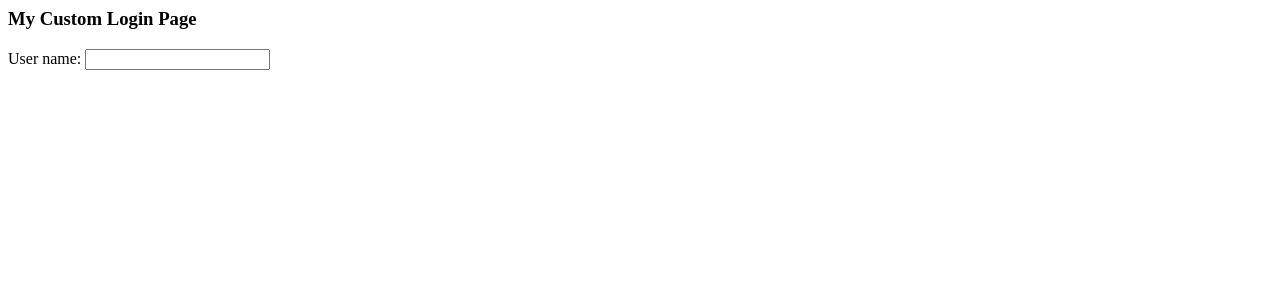
Repository: MOURAD1997-ctrl/dev-security
Page: http://localhost/spring-security-demo-03-custom-login-form/showMyLoginPage
These files come from the project's save history. The page is drawn as it stood at one moment and after the next save; the edit follows.
The browser window is 1280 px wide. The pictures show the whole page.
The page is served by Tomcat 9. Other server files are loaded and not shown.

Above is the page before, as saved 2020-06-05 11:53:56.

### spring-security-demo-03-custom-login-form/src/main/webapp/WEB-INF/view/plain-login.jsp
<%@ taglib prefix="form" uri="http://www.springframework.org/tags/form" %>
<html>

<head>
    <title>Custom Login Page</title>
</head>

<body>
<h3>My Custom Login Page</h3>

      <form:form action="${pageContext.request.contextPath}/authenticateTheUser"
                 method="POST">

            <p>
                 User name: <input type="text" name="username" />
            </p>

      </form:form>


</body>

</html>

After the next save:
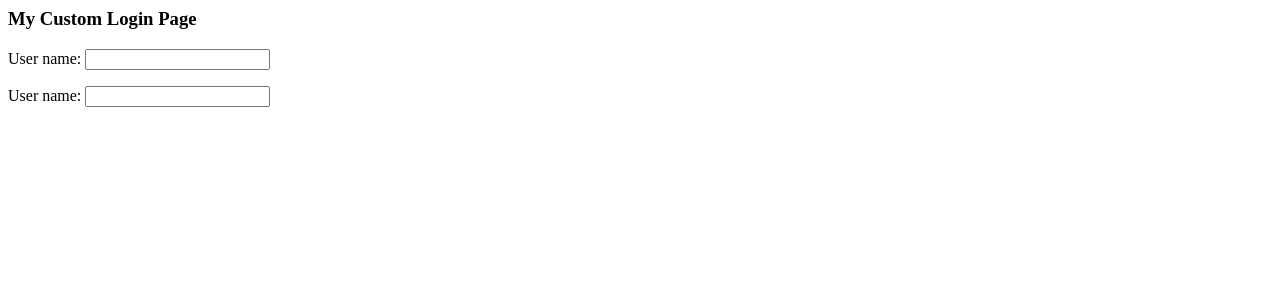
Saved 26 s later.
--- a/spring-security-demo-03-custom-login-form/src/main/webapp/WEB-INF/view/plain-login.jsp
+++ b/spring-security-demo-03-custom-login-form/src/main/webapp/WEB-INF/view/plain-login.jsp
@@ -15,6 +15,9 @@
                  User name: <input type="text" name="username" />
             </p>
 
+            <p>
+                 User name: <input type="text" name="username" />
+            </p>
       </form:form>
 
 
